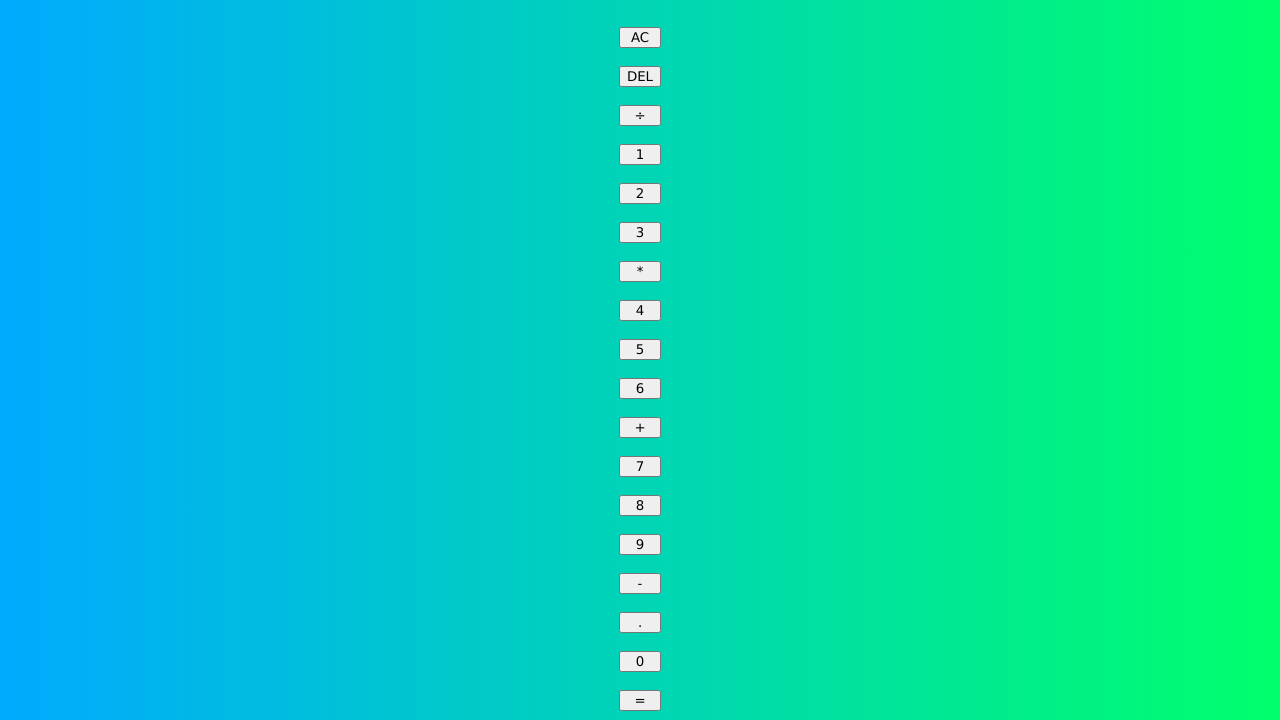
Repository: devkthines/js-calculator
Page: index.html
The author's editor kept a copy of each file at every save. The page is drawn from the files as they stood at one save, then again after a run of saves.
The browser window is 1280 px wide. The pictures show the whole page.

Above is the page before, as saved 2023-12-18 21:48:03.

### index.html
<!DOCTYPE html>
<html lang="en">
<head>
    <meta charset="UTF-8">
    <meta name="viewport" content="width=device-width, initial-scale=1.0">
    <title>Calculator</title>
    <link rel="stylesheet" href="styles.css">
    <script src="script.js" defer></script>
</head>
<body>
    <!-- Wrapper for buttons and elements on the screen -->
<div class="calculator-grid">
    <!-- Screen For Output -->
<div class="output">
    <div class="previous-operand"></div>
    <div class="current-operand"></div>
</div>
<!-- Buttons to control calculator -->
<button class="span-two">AC</button>
<button >DEL</button>
<button >÷</button>
<button >1</button>
<button >2</button>
<button >3</button>
<button >*</button>
<button >4</button>
<button >5</button>
<button >6</button>
<button >+</button>
<button >7</button>
<button >8</button>
<button >9</button>
<button >-</button>
<button >.</button>
<button >0</button>
<button class="span-two">=</button>
</div>

</body>
</html>

### styles.css
*,*::before,*::after{
    box-sizing: border-box;
    margin: 0;
    /* what font is used in demonstration. Need to install on computer */
    /* font-family: Gotham Rounded, sans-serif; */
    font-family: 'Lucida Sans', 'Lucida Sans Regular', 'Lucida Grande', 'Lucida Sans Unicode', Geneva, Verdana, sans-serif;
    font-weight: normal;
}
body{
    padding: 0;
    margin: 0;
    background: linear-gradient(to right, #00AAFF, #00FF6C);
}

.calculator-grid{
    display: grid;
    justify-content: center;
    align-items: center;
    /* Stating for the calculator to take up space on screen vertically at all times */
    min-height: 100vh;
    grid-template-columns: repeat();

}

Loaded but not shown: script.js (common file)

After the next 3 saves:
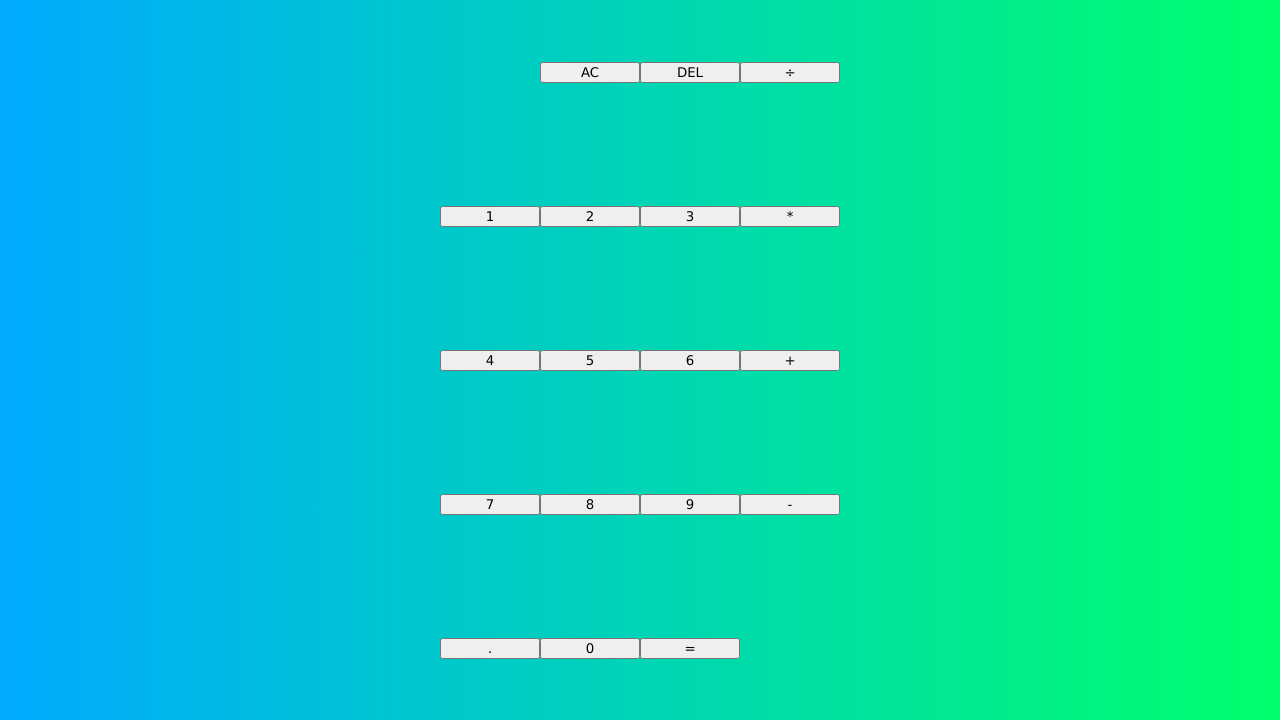
The 3 saves are shown as one change because they came seconds apart.
The last was saved 7 s later.
--- a/styles.css
+++ b/styles.css
@@ -18,6 +18,7 @@ body{
     align-items: center;
     /* Stating for the calculator to take up space on screen vertically at all times */
     min-height: 100vh;
-    grid-template-columns: repeat();
+    grid-template-columns: repeat(4,100px);
+    grid-template-rows: ;
 
 }
